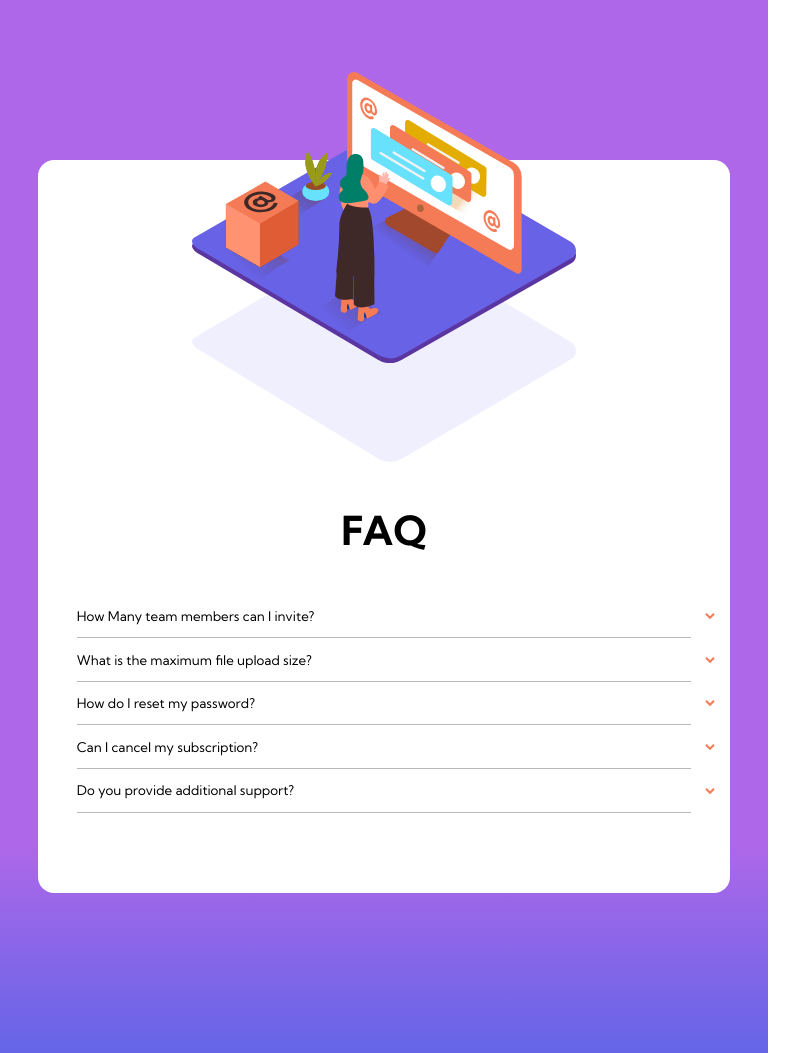
Repository: ryanwilll/ProjetoFAQ
Page: index.html
An editor plug-in stored every save of this project. The page is shown before and after the next save, followed by the edit.
The browser window is 768 px wide. The page is 768 px wide, then 806 px, then 768 px, so the pictures cover 806 px, including what lies to the right of the window. The pictures show the whole page.

Above is the page before, as saved 2022-10-26 19:43:28.

### index.html
<!DOCTYPE html>
<html lang="pt-br">

<head>
  <meta charset="UTF-8">
  <meta name="viewport" content="width=device-width, initial-scale=1.0">
  <!-- displays site properly based on user's device -->
  <link rel="preconnect" href="https://fonts.googleapis.com">
  <link rel="preconnect" href="https://fonts.gstatic.com" crossorigin>
  <link rel="preconnect" href="https://fonts.googleapis.com">
  <link rel="preconnect" href="https://fonts.gstatic.com" crossorigin>
  <link href="https://fonts.googleapis.com/css2?family=Kumbh+Sans:wght@400;700&display=swap" rel="stylesheet">
  <link rel="icon" type="image/png" sizes="32x32" href="./images/favicon-32x32.png">
  <link rel="stylesheet" href="./css/style.css">
  <link rel="stylesheet" href="./css/allmedia.css">
  <title>Frontend Mentor | FAQ Accordion Card</title>

  <!-- Feel free to remove these styles or customise in your own stylesheet 👍 -->
</head>

<body>

  <main class="container">
    <div class="card-white">
      <div class="imgs">
        <img class="img-principal" src="./images/illustration-woman-online-mobile.svg" alt="Ilustração Mobile">
        <img class="sombra-img-principal" src="./images/bg-pattern-mobile.svg" alt="Sombreamento da Imagem">
      </div>
      <h1 class="FAQ">FAQ</h1>
      <div class="faq-menu">

        <div class="text">
          <button class="button-answer">
            <div class="question"> How Many team members can I invite?<img class="seta"
                src="./images/icon-arrow-down.svg" alt="Seta para baixo"></div>

          </button>
          <p class="answer"> You can invite up to 2 additional users on the Free plan. There is no limit on team
            members
            for the Premium
            plan.</p>
        </div>
        <div class="text">
          <button class="button-answer">
            <div class="question"> What is the maximum file upload size?<img class="seta"
                src="./images/icon-arrow-down.svg" alt="Seta para baixo"></div>

          </button>
          <p class="answer"> No more than 2GB. All files in your account must fit your allotted storage space.</p>
        </div>
        <div class="text">
          <button class="button-answer">
            <div class="question"> How do I reset my password?<img class="seta" src="./images/icon-arrow-down.svg"
                alt="Seta para baixo"></div>

          </button>
          <p class="answer"> Click “Forgot password” from the login page or “Change password” from your profile page.
            A reset link will be emailed to you.</p>
        </div>
        <div class="text">
          <button class="button-answer">
            <div class="question"> Can I cancel my subscription?<img class="seta" src="./images/icon-arrow-down.svg"
                alt="Seta para baixo"></div>

          </button>
          <p class="answer"> Yes! Send us a message and we’ll process your request no questions asked.</p>
        </div>
        <div class="text">
          <button class="button-answer">
            <div class="question"> Do you provide additional support?<img class="seta"
                src="./images/icon-arrow-down.svg" alt="Seta para baixo"></div>

          </button>
          <p class="answer"> You can invite up to 2 additional users on the Free plan. There is no limit on team
            members
            for the Premium
            plan.</p>
        </div>
      </div>

    </div>
  </main>
  <script src="./src/index.js"></script>
</body>

</html>

### css/style.css
@charset "UTF-8";

/*Versão Mobile First*/
* {
  font-family: "Kumbh Sans", sans-serif;
  margin: 0px;
  padding: 0px;
  box-sizing: border-box;
}

body {
  background: linear-gradient(hsl(273, 75%, 66%) 80%, hsl(240, 73%, 65%));
  background: linear-gradient(hsl(273, 75%, 66%) 80%, hsl(240, 73%, 65%));
  background-repeat: no-repeat;
  position: relative;
  height: 100vh;
  width: 100vw;
}

.card-white {
  background-color: white;
  width: 90vw;
  max-height: 100vh;
  margin: 10em auto;
  border-radius: 1em;
  padding-bottom: 5em;
}

.card-white .imgs {
  position: relative;
  width: 50vw;
  margin: auto;
  top: -5.5em;
  z-index: 1;
}

.card-white .imgs .sombra-img-principal {
  position: relative;
  width: 50vw;
  margin: auto;
  top: -4.5em;
  z-index: -1;
}
.card-white .FAQ {
  font-size: 2.5em;
  text-align: center;
  font-weight: 600;
  margin: -3em 0em 1em;
}

.card-white button {
  border-style: none;
  text-align: left;
  background-color: transparent;
  transition: color ease-in-out 0.2s;
  justify-content: space-between;
  width: 70%;
}
.card-white button img {
  position: relative;
  right: 4em;
  float: right;
  bottom: -0.4em;
}

.card-white button:hover {
  color: orange;
}

.card-white .faq-menu .text .question {
  width: 90vw;
  margin: 1em 0em;
}

.card-white .answer {
  visibility: hidden;
  height: 0;
  transition: height 0.5s ease;
}
.card-white .faq-menu .text {
  border-bottom: 1px solid rgb(187, 186, 186);
  width: 80vw;
  margin: auto;
}

.card-white .faq-menu .text.active .question {
  font-weight: bold;
}

.card-white .faq-menu .text.active .answer {
  visibility: visible;
  height: 2.4em;
  margin: 0.5em 0em;
  width: 75vw;
  font-size: 0.7em;
  margin-bottom: 2em;
  animation: fade 1s ease-in-out;
}

.card-white .faq-menu .text.active .seta {
  transform: rotate(180deg);
}
.seta {
  transition: transform 0.5s ease-in;
}

@keyframes fade {
  from {
    opacity: 0;
    transform: translateY(-10px);
  }
  to {
    opacity: 1;
    transform: translateY(0px);
  }
}

### css/allmedia.css
@media screen and (min-width: 600px) and (max-width: 768px) {
  body {
    background: linear-gradient(hsl(273, 75%, 66%) 80%, hsl(240, 73%, 65%));
    background: linear-gradient(hsl(273, 75%, 66%) 80%, hsl(240, 73%, 65%));
    background-repeat: no-repeat;
    position: relative;
    height: 100%;
    width: 100%;
  }
  .card-white {
    width: 90vw;
  }
}

@media screen and (min-width: 769px) and (max-width: 992px) {
}

@media screen and (min-width: 993px) and (max-width: 1200px) {
}

@media screen and (min-width: 1200px) {
}

### src/index.js
const faqs = document.querySelectorAll(".text");

faqs.forEach((faq) => {
  faq.addEventListener("click", () => {
    faq.classList.toggle("active");
  });
});

After the next save:
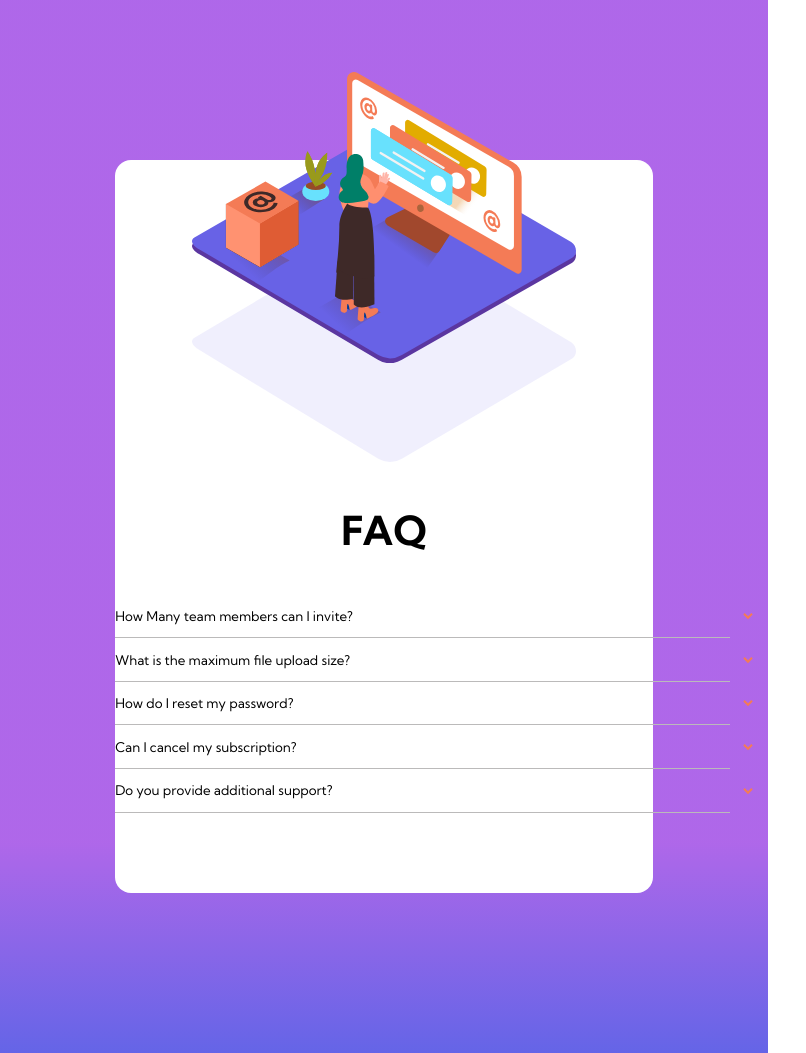
Saved 5 s later.
--- a/css/allmedia.css
+++ b/css/allmedia.css
@@ -8,7 +8,7 @@
     width: 100%;
   }
   .card-white {
-    width: 90vw;
+    width: 70%;
   }
 }
 

After the save that followed:
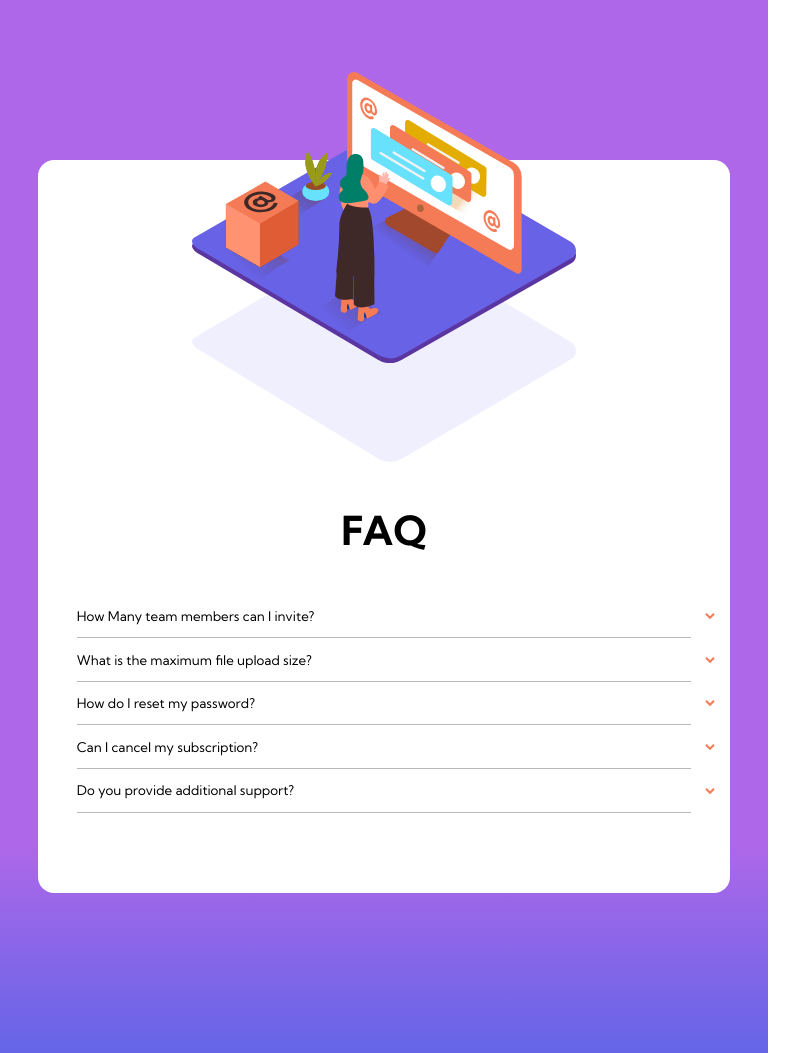
Saved 5 s later.
--- a/css/allmedia.css
+++ b/css/allmedia.css
@@ -8,7 +8,11 @@
     width: 100%;
   }
   .card-white {
-    width: 70%;
+    width: 90vw;
+    max-height: 100vh;
+    margin: 10em auto;
+    border-radius: 1em;
+    padding-bottom: 5em;
   }
 }
 
